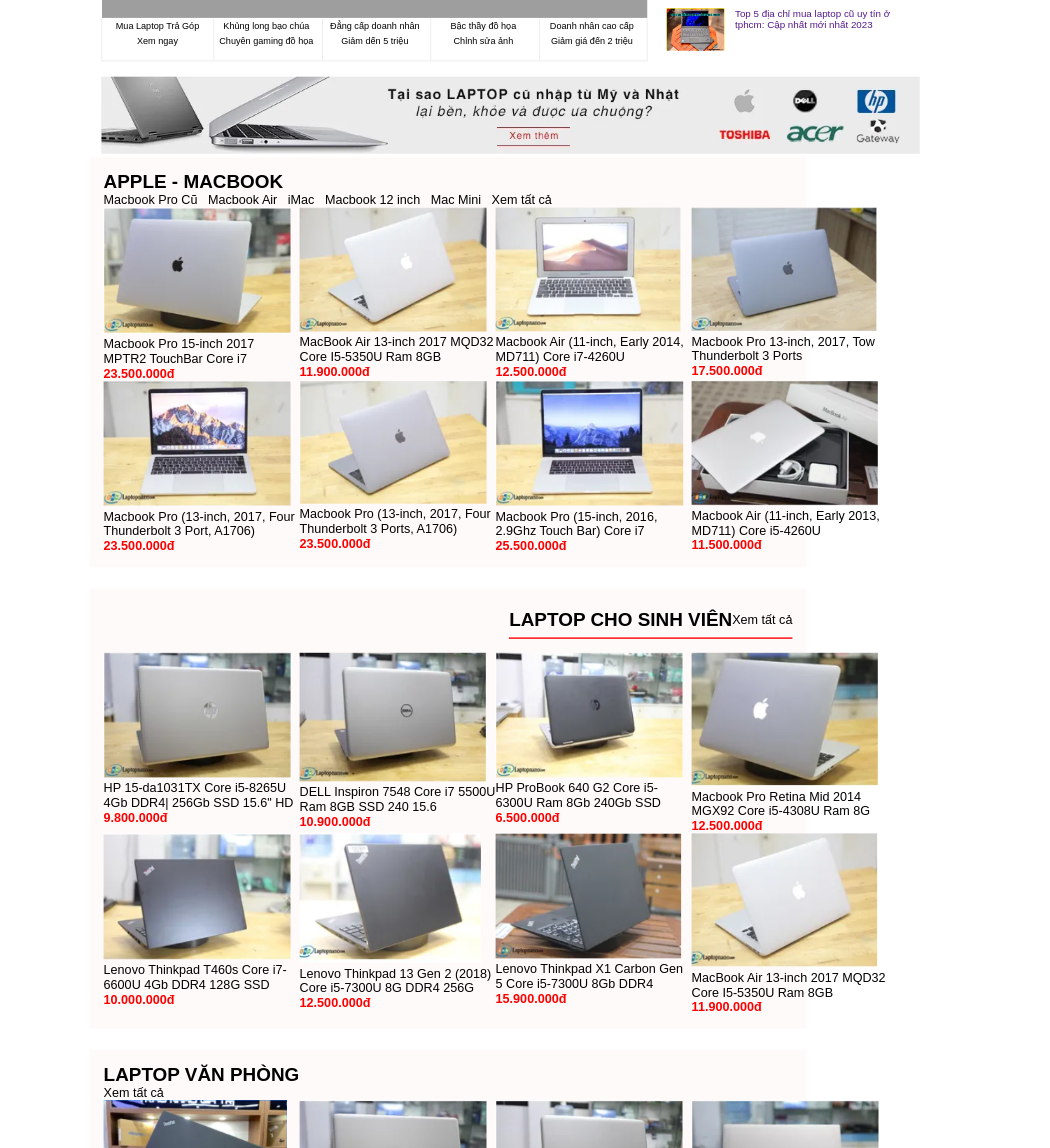
Repository: 21012324ThuanDM/WebLaptop
Page: Baicuoiky/laptopnano.html
The author's editor kept a copy of each file at every save. The page is drawn from the files as they stood at one save, then again after the next save.
The browser window is 1280 px wide. The page is 1500 px wide, so the pictures cover 1500 px, including what lies to the right of the window. The pictures show the part of the page from y = 451 to 2091 px (the page is 3584 px tall before and 3664 px after), at 70% of full size.
Pictures or frames that could not be fetched are drawn as grey boxes.

Above is the page before, as saved 2023-10-16 21:42:03.

### Baicuoiky/laptopnano.html
<!DOCTYPE html>
<html lang="en">

<head>
    <meta charset="UTF-8">
    <meta name="viewport" content="width=device-width, initial-scale=1.0">
    <title>Laptopnano</title>
    <link rel="stylesheet" href="https://cdnjs.cloudflare.com/ajax/libs/font-awesome/6.4.2/css/all.min.css" integrity="sha512-z3gLpd7yknf1YoNbCzqRKc4qyor8gaKU1qmn+CShxbuBusANI9QpRohGBreCFkKxLhei6S9CQXFEbbKuqLg0DA==" crossorigin="anonymous" referrerpolicy="no-referrer"
    />
    <link rel="stylesheet" href="laptopnano.css">
    <link rel="stylesheet" href="./themify-icons/themify-icons.css">
    <link rel="stylesheet" href="./fontawesome-free-5.12.1-web/css/all.min.css">
</head>

<body>
    <div id="header">
        <div class="header_wrap">
            <div class="logo_timkiem">
                <div class="logo">
                    <a href="https://laptopnano.com/"><img src="logo-pc-3_1589368333.png" alt=""></a>
                </div>
                <div class="timkiem">
                    <form action="" class="search-box">
                        <input class=input type="type" class="search-text" placeholder="Nhập model laptop cần tìm">
                        <button class="search-btn" aria-label="tìm kiếm">
                            <i class="fa-solid fa-magnifying-glass"></i>
                        </button>
                    </form>

                </div>
            </div>
            <div class="mainmenu">
                <ul>
                    <li>
                        <a href="">
                            <i class="fa-solid fa-shield-halved fa-lg"></i><br>
                            Kiểm Tra Bảo Hành
                        </a>
                    </li>
                    <li>
                        <a href="">
                            <i class="fa-solid fa-globe fa-lg"></i> <br>
                            Mua xa
                        </a>
                    </li>
                    <li>
                        <a href="">
                            <i class="fa-solid fa-piggy-bank fa-flip-horizontal fa-lg"></i> <br>
                            Trả góp
                        </a>
                    </li>
                    <li>
                        <a href="">
                            <i class="fa-solid fa-phone fa-lg"></i> <br>
                            098222423
                        </a>
                    </li>
                </ul>
            </div>
        </div>
        <div class="navi">
            <ul>
                <li>
                    <a href="">
                        <i class="fa-solid fa-laptop fa-2sm"></i> Laptop cũ
                    </a>

                </li>

                <li>
                    <a href="">
                        <i class="fa-solid fa-laptop fa-2sm"></i> Laptop mới
                    </a>

                </li>
                <li>
                    <a href="">
                        <i class="fa-solid fa-gear"></i> Dịch vụ
                    </a>

                </li>
                <li>
                    <a href="">
                        <i class="fa-solid fa-microchip"></i> Linh kiện
                    </a>
                </li>

                <li>
                    <a href="">
                        <i class="fa-solid fa-headphones fa-sm"></i> Phụ kiện
                    </a>
                </li>
                <li>
                    <a href="">
                        <i class="fa-solid fa-percent fa-2sm"></i> Khuyến mãi
                    </a>
                </li>

                <li>
                    <a href="">
                        <i class="fa-regular fa-message fa-2sm"></i> Hỏi đáp
                    </a>
                </li>
                <li>
                    <a href="">
                        <i class="fa-regular fa-newspaper fa-2sm"></i> Tin Tức
                    </a>
                </li>
                <li>
                    <a href="">
                        <i class="fa-solid fa-phone fa-2sm"></i> Liên hệ
                    </a>
                </li>
            </ul>
        </div>

    </div>
    <div id="content">
        <div class="container_slideshow">
            <div class="slideshow">
                <div class="slider">
                    <a href="https://laptopnano.com/laptop/imac-215-inch-late-2013-me087-core-i7-4770s-ram-16g-1tb-card-roi-1gb-likenew-p3458.html"><img src="anhslider.jpg" alt="" style="width: 780px; height: 324px;" ></a>

                </div>
                <div class="thumb">
                    <ul>
                        <li><a href="">
                            Mua Laptop Trả Góp <br>
                            Xem ngay
                        </a></li>
                        <li style="border-left: 1px solid #E7E7E7;"><a href="">
                            Khủng long bạo chúa <br>
                            Chuyên gaming đồ họa
                        </a></li>
                        <li style="border-left: 1px solid #E7E7E7;"><a href="">

                            Đẳng cấp doanh nhân <br>
                            Giảm dến 5 triệu
                        </a></li>
                        <li style="border-left: 1px solid #E7E7E7;"><a href="">
                            Bậc thầy đồ họa <br>
                            Chỉnh sửa ảnh
                        </a></li>
                        <li style="border-left: 1px solid #E7E7E7;"><a href="">
                            Doanh nhân cao cấp <br>
                            Giảm giá đến 2 triệu
                        </a></li>
                    </ul>
                </div>
            </div>
            <div class="countdown">
                <div class="bot1">
                    <a href=""><img src="anhitem1.png" alt=""></a> <br>
                    <a href=""><img src="anhitem2.png" alt=""></a>
                </div>
                <div class="newtop">
                    <div class="news_cat">
                        <a href=""><p style="color: #333; font-size: 14px; text-decoration: none;">TIN TỨC</p></a>
                        <a href=""><p style="float: right; color: #868686; font-size: 12px;">Xem tất cả</p></a>
                    </div>
                    <div class="news_list">
                        <div class="news_list1">
                            <a href=""><img src="thay-ban-phim-laptop-asus-gia-bao-nhieu_1697100943.png" alt=""></a>
                            <a href="">Thay bàn phím laptop Asus chính hãng giá bao nhiêu tiền?</a>
                        </div>
                        <div class="news_list2">
                            <a href=""><img src="dia-chi-mua-laptop-cu-uy-tin_1697021979.png" alt=""></a>
                            <a href="">Top 5 địa chỉ mua laptop cũ uy tín ở tphcm: Cập nhất mới nhất 2023</a>
                        </div>
                    </div>

                </div>
            </div>
        </div>
        <div class="container">
            <a href=""><img src="bannermain_1578371321_1585810900.jpg" alt=""></a>
        </div>
        <!-- ####### -->


        <div class="custom-div">
            <div class="title">
                <h2 class="title-main">
                    <a href="" title="APPLE - MACBOOK" class="tensp">APPLE - MACBOOK</a>
                </h2>
                <ul class="maclist">
                    <li class="item_tabs">
                <a title="Xem thêm  Macbook Pro Cũ" href="">Macbook Pro Cũ</a>
                </li>
                <li class="item_tabs" >
                <a title="Xem thêm  Macbook Air" href="">Macbook Air</a>
                </li>
                <li class="item_tabs">
                <a title="Xem thêm  iMac" href="">iMac</a>
                </li>
                <li class="item_tabs">
                <a title="Xem thêm  Macbook 12 inch" href="">Macbook 12 inch</a>
                </li>
                <li class="item_tabs">
                <a title="Xem thêm  Mac Mini" href="">Mac Mini</a>
                </li>
                        <li class="item_tabs view_all">
                <a href="" title="Xem tất cả">Xem tất cả</a>
                </li>
                </ul>
            </div>

            <div class="inside">
                <div class="flex-container">
                    <div class="flex-item"><img src="mac1.png" alt=""><a href="" class="tensp">Macbook Pro 15-inch 2017 MPTR2 TouchBar Core i7</a><br><span class="giatien"><b>23.500.000đ</b></span></div>
                    <div class="flex-item"><img src="mac2.png" alt=""><a href="" class="tensp">MacBook Air 13-inch 2017 MQD32 Core I5-5350U Ram 8GB</a><br><span class="giatien"><b>11.900.000đ</b></span></div>
                    <div class="flex-item"><img src="mac3.png" alt=""><a href="" class="tensp">Macbook Air (11-inch, Early 2014, MD711) Core i7-4260U</a><br><span class="giatien"><b>12.500.000đ</b></span></div>
                    <div class="flex-item"><img src="mac4.png" alt=""><a href="" class="tensp">Macbook Pro 13-inch, 2017, Tow Thunderbolt 3 Ports</a><br><span class="giatien"><b>17.500.000đ</b></span></div>
                </div>
                <div class="flex-container">
                    <div class="flex-item"><img src="mac5.png" alt=""><a href="" class="tensp">Macbook Pro (13-inch, 2017, Four Thunderbolt 3 Port, A1706)</a><br><span class="giatien"><b>23.500.000đ</b></span></div>
                    <div class="flex-item"><img src="mac6.png" alt=""><a href="" class="tensp">Macbook Pro (13-inch, 2017, Four Thunderbolt 3 Ports, A1706)</a><br><span class="giatien"><b>23.500.000đ</b></span></div>
                    <div class="flex-item"><img src="mac7.png" alt=""><a href="" class="tensp">Macbook Pro (15-inch, 2016, 2.9Ghz Touch Bar) Core i7</a><br><span class="giatien"><b>25.500.000đ</b></span></div>
                    <div class="flex-item"><img src="mac8.png" alt=""><a href="" class="tensp">Macbook Air (11-inch, Early 2013, MD711) Core i5-4260U</a><br><span class="giatien"><b>11.500.000đ</b></span></div>
                </div>
            </div>
        </div>

        <div class="custom-div">
            <div class="titles">
                <h2 class="title-main">
                    <a href="" class="tensp" style="">LAPTOP CHO SINH VIÊN</a>
                </h2>
                <a href="" title="Xem tất cả" class="tensp">Xem tất cả</a>
            </div>

            <div class="inside">
                <div class="flex-container">
                    <div class="flex-item"><img src="S L 1.png" alt=""><a href="" class="tensp">HP 15-da1031TX Core i5-8265U 4Gb DDR4| 256Gb SSD 15.6" HD</a><br><span class="giatien"><b>9.800.000đ</b></span></div>
                    <div class="flex-item"><img src="S L 2.png" alt=""><a href="" class="tensp">DELL Inspiron 7548 Core i7 5500U Ram 8GB SSD 240 15.6</a><br><span class="giatien"><b>10.900.000đ</b></span></div>
                    <div class="flex-item"><img src="S L 3.png" alt=""><a href="" class="tensp">HP ProBook 640 G2 Core i5-6300U Ram 8Gb 240Gb SSD</a><br><span class="giatien"><b>6.500.000đ</b></span></div>
                    <div class="flex-item"><img src="S L 4.png" alt=""><a href="" class="tensp">Macbook Pro Retina Mid 2014 MGX92 Core i5-4308U Ram 8G</a><br><span class="giatien"><b>12.500.000đ</b></span></div>
                </div>
                <div class="flex-container">
                    <div class="flex-item"><img src="S L 5.png" alt=""><a href="" class="tensp">Lenovo Thinkpad T460s Core i7-6600U 4Gb DDR4 128G SSD</a><br><span class="giatien"><b>10.000.000đ</b></span></div>
                    <div class="flex-item"><img src="S L 6.png" alt=""><a href="" class="tensp">Lenovo Thinkpad 13 Gen 2 (2018) Core i5-7300U 8G DDR4 256G</a><br><span class="giatien"><b>12.500.000đ</b></span></div>
                    <div class="flex-item"><img src="S L 7.png" alt=""><a href="" class="tensp">Lenovo Thinkpad X1 Carbon Gen 5 Core i5-7300U 8Gb DDR4</a><br><span class="giatien"><b>15.900.000đ</b></span></div>
                    <div class="flex-item"><img src="S L 8.png" alt=""><a href="" class="tensp">MacBook Air 13-inch 2017 MQD32 Core I5-5350U Ram 8GB</a><br><span class="giatien"><b>11.900.000đ</b></span></div>
                </div>
            </div>
        </div>

        <div class="custom-div">
            <div class="title">
                <h2 class="title-main">
                    <a href="" title="APPLE - MACBOOK" class="tensp">LAPTOP VĂN PHÒNG</a>
                </h2>
                <a href="" title="Xem tất cả" class="tensp">Xem tất cả</a>
            </div>

            <div class="inside">
                <div class="flex-container">
                    <div class="flex-item"><img src="LVP1.png" alt=""><a href="" class="tensp">Laptop lenovo thinkpad X270 core i5-6300U 8GB DDR4 256GB SSD</a><br><span class="giatien"><b>4.950.000đ</b></span></div>
                    <div class="flex-item"><img src="LVP2.png" alt=""><a href="" class="tensp">HP 15-da1031TX Core i5-8265U 4Gb DDR4| 256Gb SSD 15.6" HD</a><br><span class="giatien"><b>9.900.000đ</b></span></div>
                    <div class="flex-item"><img src="LVP3.png" alt=""><a href="" class="tensp">DELL Inspiron 7548 Core i7 5500U Ram 8GB SSD 240</a><br><span class="giatien"><b>10.500.000đ</b></span></div>
                    <div class="flex-item"><img src="LVP4.png" alt=""><a href="" class="tensp">Dell XPS 13 9380 Core i5-8565U Ram 8 GB 256 SSD </a><br><span class="giatien"><b>16.500.000đ</b></span></div>
                </div>
                <div class="flex-container">
                    <div class="flex-item"><img src="LVP5.png" alt=""><a href="" class="tensp">HP ProBook 640 G2 Core i5-6300U Ram 8Gb 240Gb SSD</a><br><span class="giatien"><b>7.000.000đ</b></span></div>
                    <div class="flex-item"><img src="LVP6.png" alt=""><a href="" class="tensp">Razer Blade Stealth RZ09-0239 TouchScreen Core i7-8550U</a><br><span class="giatien"><b>17.500.000đ</b></span></div>
                    <div class="flex-item"><img src="LVP7.png" alt=""><a href="" class="tensp">Lenovo Thinkpad T480S Core i7-8650U 8GB DDR4 128GB SSD</a><br><span class="giatien"><b>14.900.000đ</b></span></div>
                    <div class="flex-item"><img src="LVP8.png" alt=""><a href="" class="tensp">Macbook Pro Retina Mid 2014 MGX92 Core i5-4308U Ram 8G</a><br><span class="giatien"><b>12.500.000đ</b></span></div>
                </div>
            </div>
        </div>

        <div class="custom-div">
            <div class="title">
                <h2 class="title-main">
                    <a href="" title="APPLE - MACBOOK" class="tensp">LAPTOP GAMING</a>
                </h2>
                <a href="" title="Xem tất cả" class="tensp">Xem tất cả</a>
            </div>

            <div class="inside">
                <div class="flex-container">
                    <div class="flex-item"><img src="LG1.png" alt=""><a href="" class="tensp">Laptop Dell Precision 3530 core i7-8850H Ram 16Gb 512Gb SSD</a><br><span class="giatien"><b>11.800.000đ</b></span></div>
                    <div class="flex-item"><img src="LG2.png" alt=""><a href="" class="tensp">Acer Nitro 5 Gaming AN515 44 R9JM R5 4600H Ram 8GB</a><br><span class="giatien"><b>14.900.000đ</b></span></div>
                    <div class="flex-item"><img src="LG3.png" alt=""><a href="" class="tensp">HP 15-da1031TX Core i5-8265U 4Gb DDR4| 256Gb SSD 15.6" HD</a><br><span class="giatien"><b>9.800.000đ</b></span></div>
                    <div class="flex-item"><img src="LG4.png" alt=""><a href="" class="tensp">DELL Inspiron 7548 Core i7 5500U Ram 8GB SSD 240 15.6</a><br><span class="giatien"><b>10.900.000đ</b></span></div>
                </div>
                <div class="flex-container">
                    <div class="flex-item"><img src="LG5.png" alt=""><a href="" class="tensp">Dell Precision 7720 Core I7 6820HQ Ram 16Gb 512 NVME</a><br><span class="giatien"><b>18.000.000đ</b></span></div>
                    <div class="flex-item"><img src="LG6.png" alt=""><a href="" class="tensp">Macbook Pro 15-inch 2017 MPTR2 TouchBar Core i7</a><br><span class="giatien"><b>23.500.000đ</b></span></div>
                    <div class="flex-item"><img src="LG7.png" alt=""><a href="" class="tensp">Dell Inspiron 7447 Core i5-4200H 8G 256G SSD 14.0" FHD</a><br><span class="giatien"><b>12.000.000đ</b></span></div>
                    <div class="flex-item"><img src="LG8.png" alt=""><a href="" class="tensp">Asus GL553VD-FY305 Core i7-7700HQ Ram 16GB 512G SSD</a><br><span class="giatien"><b>17.900.000đ</b></span></div>
                </div>
            </div>
        </div>

        <div class="custom-div">
            <div class="title">
                <h2 class="title-main">
                    <a href="" title="" class="tensp">TIN TỨC NỔI BẬT</a>
                </h2>
                <a href="" title="Xem tất cả" class="tensp">Xem tất cả</a>
            </div>
            <div class="flex-container" >
                <div class="flex-item"><img src="TTNB1.png" alt=""><a href="" class="tensp"><b>Thay bàn phím laptop Asus chính hãng giá bao nhiêu tiền?</b></a></div>
                <div class="flex-item"><img src="TTNB2.png" alt=""><a href="" class="tensp"><b>Top 5 địa chỉ mua laptop cũ uy tín ở tphcm: Cập nhất mới nhất 2023</b></a></div>
                <div class="flex-item"><img src="TTNB3.png" alt=""><a href="" class="tensp"><b>Cách kiểm tra bàn phím laptop có bị liệt hay không? chỉ mất 5 phút</b></a></div>
                <div class="flex-item"><img src="TTNB4.png" alt=""><a href="" class="tensp"><b>Hướng dẫn cách kiểm tra bàn phím laptop từ A-Z tại nhà Win 11/10/8/7</b></a></div>
            </div>
        </div>






        <!-- ####### -->
    </div>
    <div id="footer">


    </div>
</body>

</html>

### Baicuoiky/laptopnano.css
* {
    padding: 0;
    margin: 0;
    box-sizing: border-box;
}

html {
    font-size: 18px;
    font-family: Arial, Helvetica, sans-serif;
}

#header .header_wrap {
    background-color: #cd1818;
    height: 95px;
    padding: 0px 0px 0px 154px;
    display: flex;
}

#header .logo_timkiem {
    display: flex;
}

.logo_timkiem .logo {
    margin-top: 8px;
    display: block;
    float: left;
}

.header_wrap ul {
    color: #FFF;
    list-style-type: none;
    width: 100%;
    display: flex;
    margin: 20px 0px -19px 32px;
    font-size: 14px;
}

.header_wrap .mainmenu ul li{
    width: 116px;
    height: 95px;
    text-align: center;
}

.header_wrap .mainmenu i{
    padding-bottom: 7px;
}

.header_wrap ul li a {
    color: #FFF;
    text-decoration: none;
}

.search-box {
    margin-left: 40px;
    margin-top: 18px;
    padding-left: 20px;
    background-color: #FFF;
    border-radius: 40px;
}

.search-box input {
    outline: none;
    background: none;
    width: 340px;
    height: 40px;
    border: none;
}

.search-box .search-btn {
    width: 60px;
    height: 40px;
    background-color: #23232B;
    color: #FFF;
    border: none;
    border-radius: 0 40px 40px 0;
}

#header .navi {
    height: 43px;
    background-color: #23232B;
    padding-left: 126px;
}



.navi li {
    display: inline-block;
    text-decoration: none;
    text-transform: uppercase;
    line-height: 43px;
    font-size: 14px;

}

.navi li a {
    text-decoration: none;
    color: #FFF;
    padding: 0px 11px 0px 34px;
}

#content .container_slideshow{
    width: 1500px;
    height: 398px;
    padding: 15px 0px 0px 145px;
    display: flex;
}


.container_slideshow .thumb{
    width: 780px;
    height: 61px;
    margin-top: -5px;
}

.container_slideshow .thumb ul{
    border-left: 1px solid #E7E7E7;
    border-bottom: 1px solid #E7E7E7;
    border-right: 1px solid #E7E7E7;
    text-align: center;
}

.container_slideshow .thumb li{
    display: inline-block;
    text-decoration: none;
    /* border-left: 1px solid #E7E7E7; */
    width: 150px;
    height: 61px;

}

.container_slideshow .thumb li a{
    text-decoration: none;
    font-size: 13px;
    color: #000;

}

.container_slideshow .countdown {
    margin-left: 15px;
}

.countdown .bot1 a img{
    width: 370px;
}

.countdown .newtop{

}

.newtop .news_cat{
    width: 370px;
    height: 38px;
    background-color: #ebebeb;
    padding: 10px;
    font-size: 14px;
}

.newtop .news_cat p{
    display: inline;
    margin-top: 10px;
}

.newtop .news_list1, .newtop .news_list2{
    width: 370px;
    font-size: 14px;
    float: left;
    padding-top: 10px;
    display: flex;
    margin-left: -3px;
}

.newtop .news_list a{
    text-decoration: none;
    margin-left: 15px;
}

.newtop .news_list img{
    width: 83px;
}

#content .container{
    margin-top: 25px;
    margin-left: 144px;
}

/* ##### */


ul.maclist li.item_tabs {
    display: inline;
    margin-right: 10px;
}

ul.maclist li.item_tabs a {
    text-decoration: none;
    color: black;
}
.tensp {
    text-decoration: none;
    color: black;
}
.custom-div {
    width: 80%;
    margin: 0 auto;
    background-color: rgb(255, 250, 250);
    padding: 20px;
    margin-bottom: 30px;
}


.titles {
    display: flex;
    float: right;
    line-height: 50px;
    border-bottom: 2px solid red;
    margin-bottom: 20px;
    justify-content: space-between;
}


.title-main {
    margin: 0;

}

.titles .nav-tabs li {
    margin-left: 16px;
    cursor: pointer;
}
.nav-tabs {
    float: right;
    display: flex;
    line-height: 52px;
}
.titles .title-main {
    float: left;

}

.inside{
    display: inline-block;
}

.flex-container {
    display: inline-flex;
    justify-content: space-between;
}
.flex-item {
    height: auto;
    width: 280px;
}

.giatien {
    color: red;
}

Loaded but not shown: Baicuoiky/themify-icons/themify-icons.css (common file); Baicuoiky/fontawesome-free-5.12.1-web/css/all.min.css (library)

After the next save:
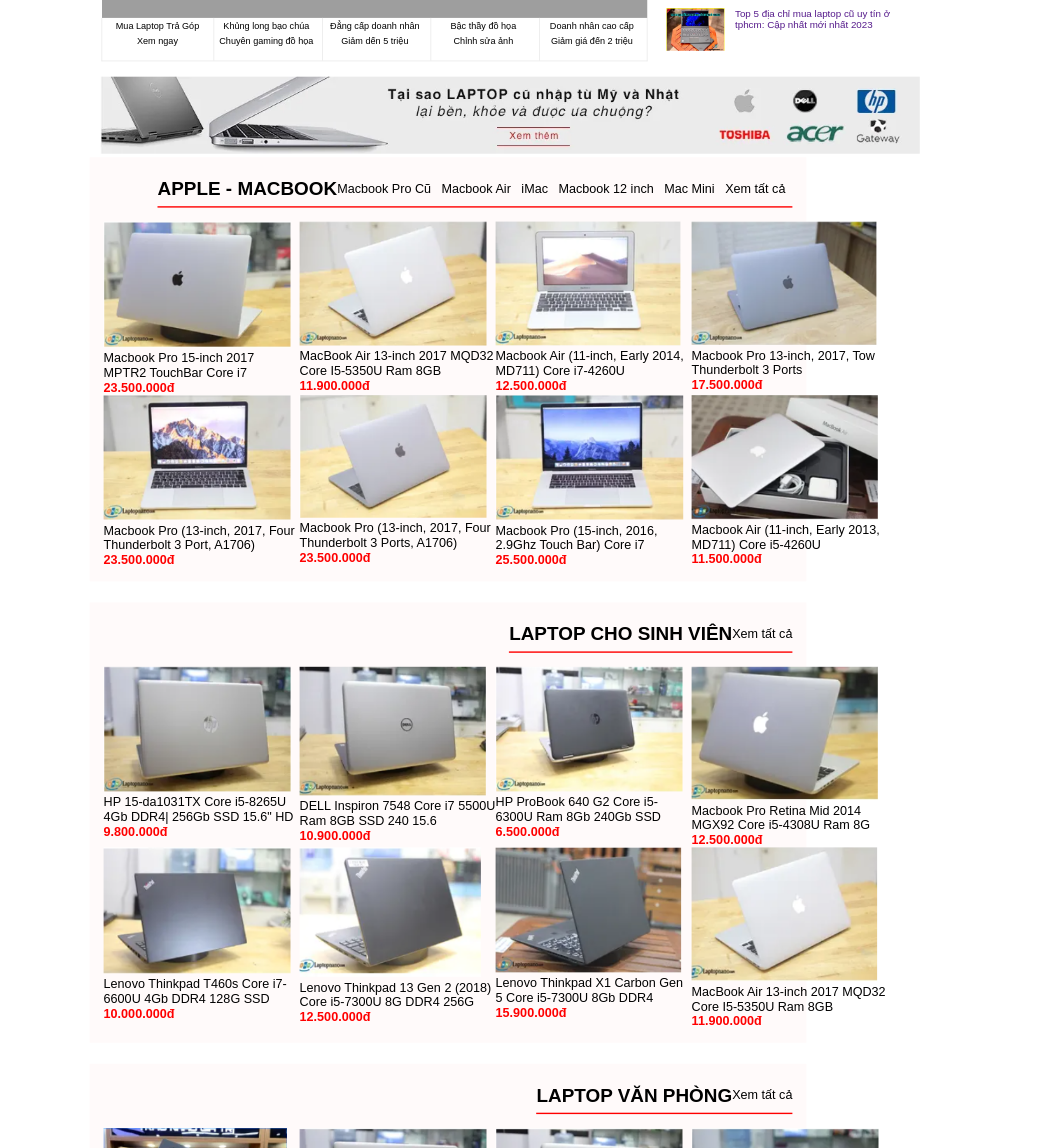
Saved 70 s later.
--- a/Baicuoiky/laptopnano.html
+++ b/Baicuoiky/laptopnano.html
@@ -222,7 +222,7 @@
         </div>
 
         <div class="custom-div">
-            <div class="titles">
+            <div class="title">
                 <h2 class="title-main">
                     <a href="" class="tensp" style="">LAPTOP CHO SINH VIÊN</a>
                 </h2>
--- a/Baicuoiky/laptopnano.css
+++ b/Baicuoiky/laptopnano.css
@@ -208,7 +208,7 @@
 }
 
 
-.titles {
+.title {
     display: flex;
     float: right;
     line-height: 50px;
